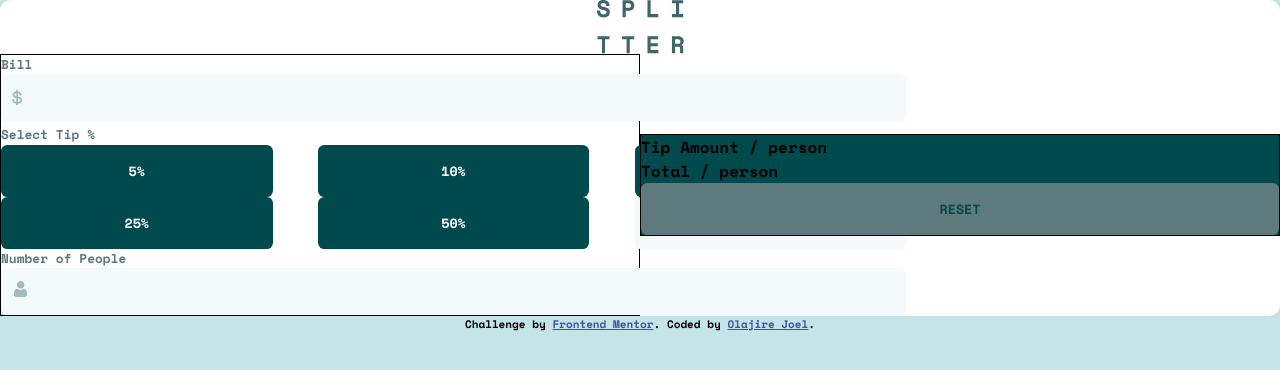
Repository: JuzzJoel/tip-calculator-app-main
Page: index.html
An editor plug-in stored every save of this project. The page is shown before and after the next save, followed by the edit.
The browser window is 1280 px wide. The pictures show the whole page.

Above is the page before, as saved 2025-05-25 08:01:13.

After the next save:
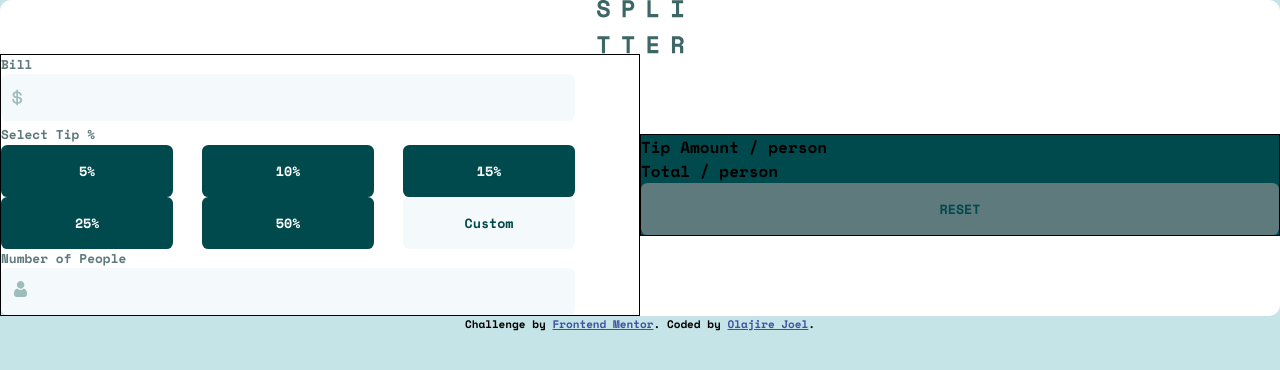
Saved 4 s later.
--- a/index.html
+++ b/index.html
@@ -85,7 +85,7 @@
       border: 1px solid #000;
     }
     .options,.tips{
-      width: 905px;
+      width: 90%;
     }
     label{
       font-size: 0.8rem;
